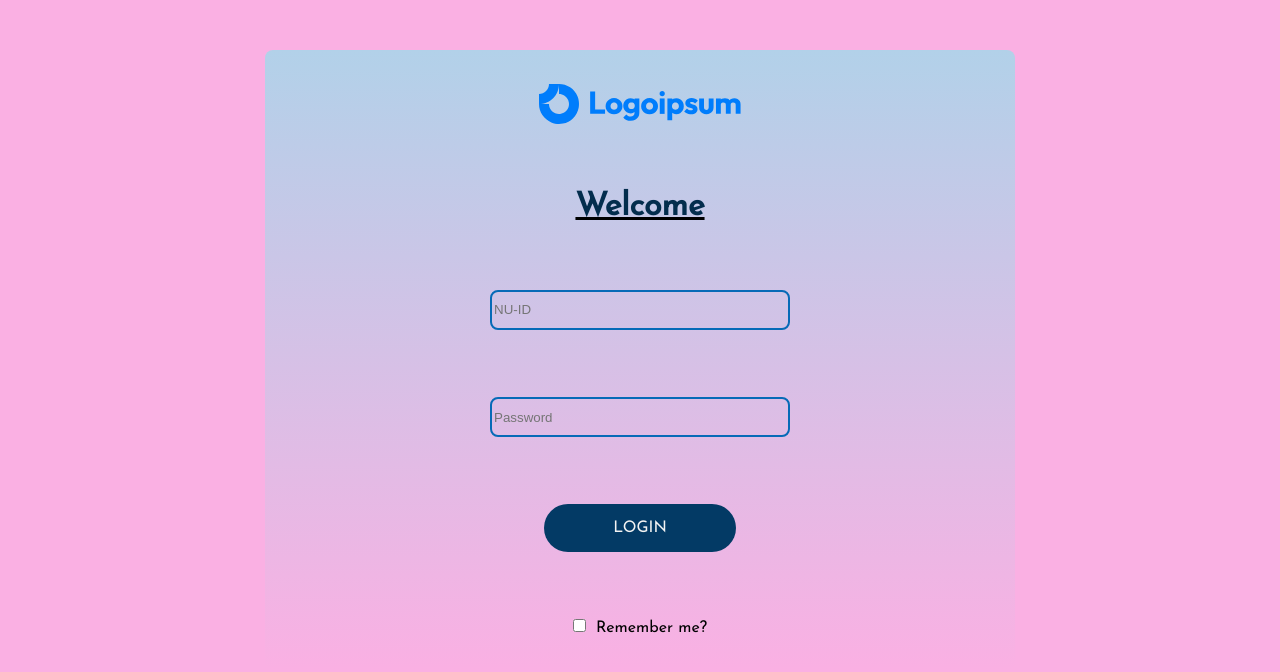
Repository: Tahaa2t/Researchers
Page: /
These files come from the project's save history. The page is drawn as it stood at one moment and after the next save; the edit follows.
The browser window is 1280 px wide. The pictures show the whole page.
The project was rebuilt for these pictures with package versions that can differ from the ones it lists, and the page was loaded fresh each time.

Above is the page before, as saved 2023-06-28 00:24:48.

After the next save:
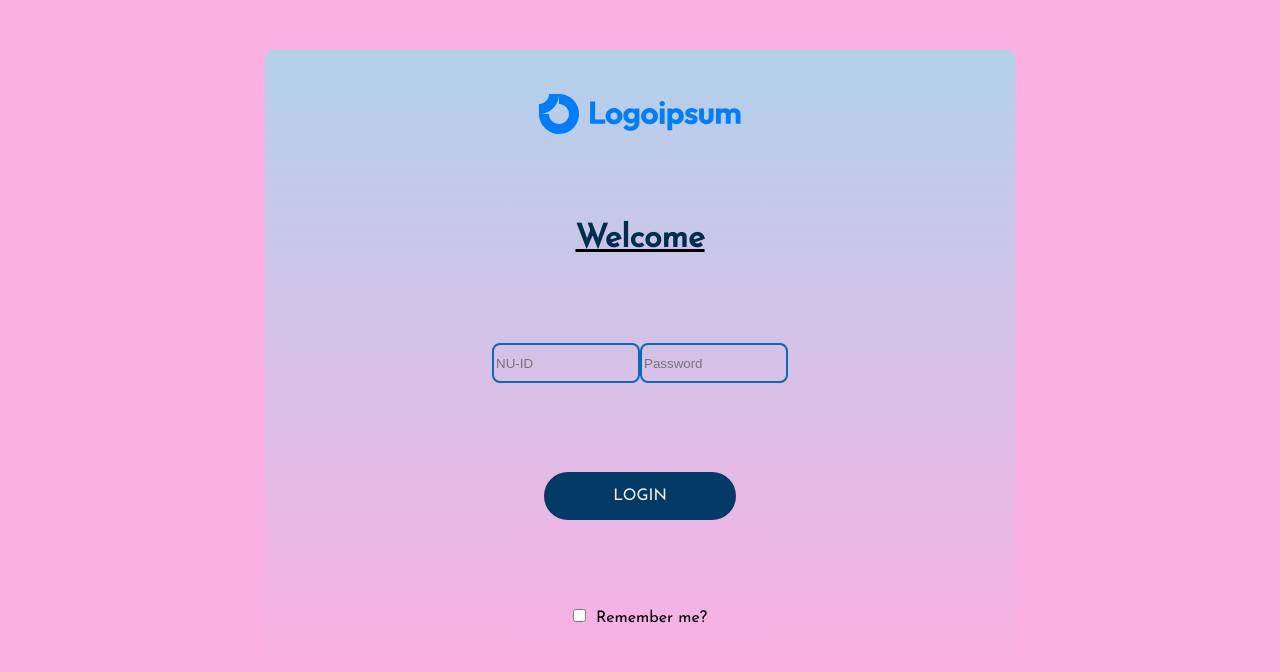
Saved 2 min 42 s later.
--- a/src/Components/loginform.js
+++ b/src/Components/loginform.js
@@ -19,8 +19,10 @@ const LoginForm = () => {
         <span className="line">
         <h1>Welcome</h1>
         </span>
-        <input type="text" placeholder="NU-ID"></input>
-        <input type="password" placeholder="Password"></input>
+        <div className="user-input">
+          <input type="text" placeholder="NU-ID"></input>
+          <input type="password" placeholder="Password"></input>
+        </div>
         <div className="login-btn" onClick={popup}>LOGIN</div>
 
         <div className="check-btn">
